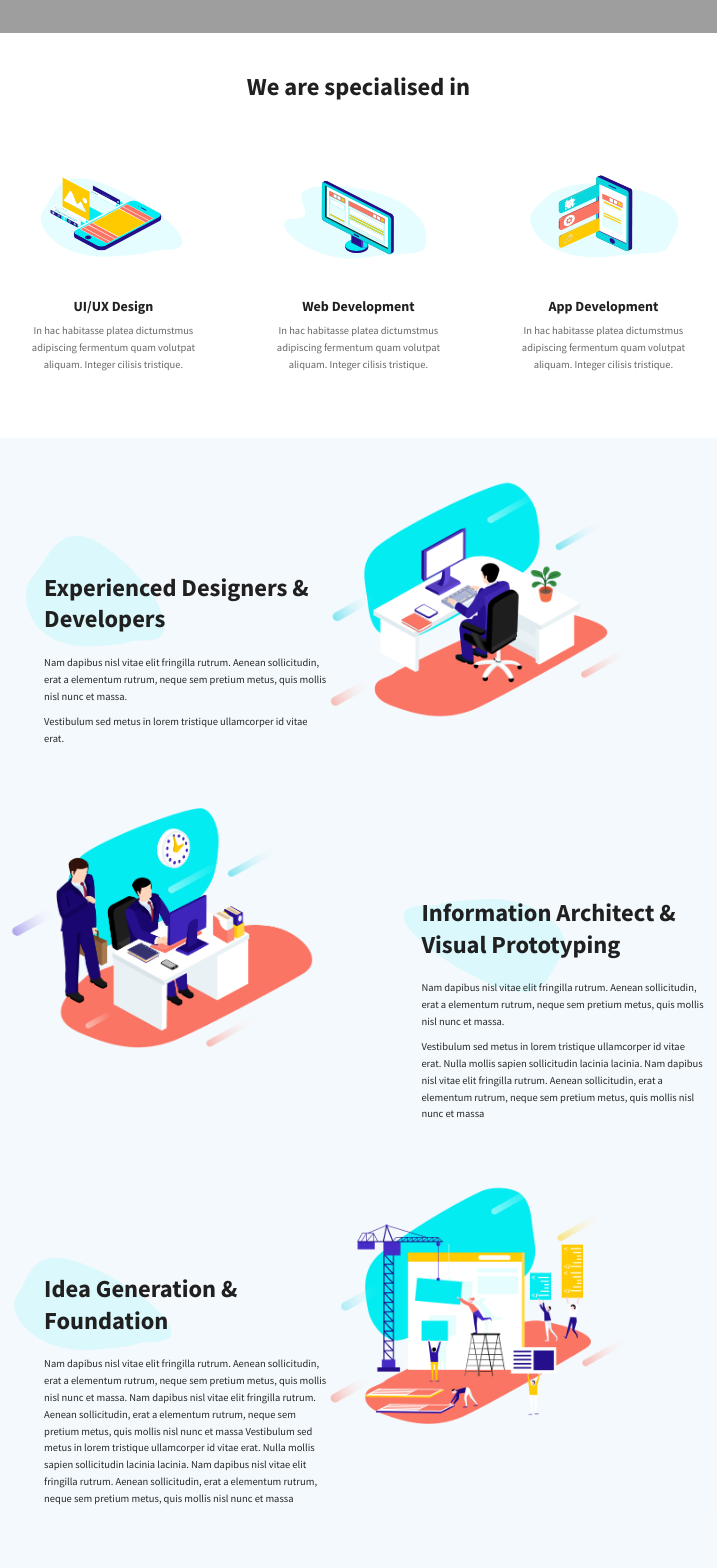
Repository: advert31337/marafon_from0to1_MartaUP
Page: index.html
The author's editor kept a copy of each file at every save. The page is drawn from the files as they stood at one save, then again after the next save.
The browser window is 1024 px wide. The pictures show the part of the page from y = 746 to 2986 px (the page is 2986 px tall), at 70% of full size.
Pictures or frames that could not be fetched are drawn as grey boxes.

Above is the page before, as saved 2020-03-08 17:34:33.

### index.html
<!DOCTYPE html>
<html lang="en">

<head>
    <meta charset="UTF-8">
    <meta name="viewport" content="width=device-width, initial-scale=1.0">
    <title>Marafon MartaUP</title>
    <link href="https://fonts.googleapis.com/css?family=Source+Sans+Pro:400,600,700&display=swap" rel="stylesheet">
    <link rel="stylesheet" href="css/reset.css">
    <link rel="stylesheet" href="css/slick.css">
    <link rel="stylesheet" href="css/style.css">
</head>

<body>
    <header class="header">

        <div class="container">
            <div class="header__top">

                <div class="logo">
                    <a href="#!">+
                        <img src="images/logo.svg" alt="">
                    </a>
                </div>

                <nav class="menu">
                    <div class="menu__btn">
                        <span>

                        </span>
                    </div>
                    <ul class="menu__list">
                        <li><a class="menu__list-item" href="#">home</a></li>
                        <li><a class="menu__list-item" href="#">work</a></li>
                        <li><a class="menu__list-item" href="#">about</a></li>
                        <li><a class="menu__list-item" href="#">contact</a></li>
                    </ul>
                </nav>

                <div class="header-btn">
                    <a class="login" href="#">login</a>
                    <a class="sign-up" href="#">sign up</a>
                </div>

            </div>

            <div class="header-slider">
                <div class="header-slider__item">
                    <div class="header-slider__item-content">

                        <div class="header-slider__item-info">
                            <h3 class="header-slider__title">
                                We Build Apps & Websites
                                for Your Business
                            </h3>
                            <div class="header-slider__description">
                                For startups, For businesses & For you
                            </div>
                            <a href="" class="header-slider__btn">Request a quote</a>
                        </div>

                        <div class="header-slider__item-images">
                            <img src="images/slider-img.png" alt="">
                        </div>
                    </div>
                </div>


                <div class="header-slider__item">
                    <div class="header-slider__item-content">

                        <div class="header-slider__item-info">
                            <h3 class="header-slider__title">
                                We Build Apps & Websites
                                for Your Business
                            </h3>
                            <div class="header-slider__description">
                                For startups, For businesses & For you
                            </div>
                            <a href="" class="header-slider__btn">Request a quote</a>
                        </div>

                        <div class="header-slider__item-images">
                            <img src="images/slider-img.png" alt="">
                        </div>
                    </div>
                </div>


                <div class="header-slider__item">
                    <div class="header-slider__item-content">

                        <div class="header-slider__item-info">
                            <h3 class="header-slider__title">
                                We Build Apps & Websites
                                for Your Business
                            </h3>
                            <div class="header-slider__description">
                                For startups, For businesses & For you
                            </div>
                            <a href="" class="header-slider__btn">Request a quote</a>
                        </div>

                        <div class="header-slider__item-images">
                            <img src="images/slider-img.png" alt="">
                        </div>
                    </div>
                </div>


                <div class="header-slider__item">
                    <div class="header-slider__item-content">

                        <div class="header-slider__item-info">
                            <h3 class="header-slider__title">
                                We Build Apps & Websites
                                for Your Business
                            </h3>
                            <div class="header-slider__description">
                                For startups, For businesses & For you
                            </div>
                            <a href="" class="header-slider__btn">Request a quote</a>
                        </div>

                        <div class="header-slider__item-images">
                            <img src="images/slider-img.png" alt="">
                        </div>
                    </div>
                </div>


                <div class="header-slider__item">
                    <div class="header-slider__item-content">

                        <div class="header-slider__item-info">
                            <h3 class="header-slider__title">
                                We Build Apps & Websites
                                for Your Business
                            </h3>
                            <div class="header-slider__description">
                                For startups, For businesses & For you
                            </div>
                            <a href="" class="header-slider__btn">Request a quote</a>
                        </div>

                        <div class="header-slider__item-images">
                            <img src="images/slider-img.png" alt="">
                        </div>
                    </div>
                </div>
            </div>

        </div>

    </header>

    <section class="specialised">
        <div class="container">
            <div class="specialised__title title">
                We are specialised in
            </div>
            <div class="specialised__items">
                <div class="specialised__item">
                    <div class="specialised__item-img">
                        <img src="images/specialise-1.svg" alt="">
                    </div>

                    <div class="specialise__item-title">
                        UI/UX Design
                    </div>
                    <div class="specialise__item-text">
                        In hac habitasse platea dictumstmus adipiscing fermentum quam volutpat aliquam. Integer cilisis tristique.
                    </div>
                </div>
                <div class="specialised__item">
                    <div class="specialised__item-img">
                        <img src="images/specialise-2.svg" alt="">
                    </div>
                    <div class="specialise__item-title">
                        Web Development
                    </div>
                    <div class="specialise__item-text">
                        In hac habitasse platea dictumstmus adipiscing fermentum quam volutpat aliquam. Integer cilisis tristique.
                    </div>
                </div>
                <div class="specialised__item">
                    <div class="specialised__item-img">
                        <img src="images/specialise-3.svg" alt="">
                    </div>
                    <div class="specialise__item-title">
                        App Development
                    </div>
                    <div class="specialise__item-text">
                        In hac habitasse platea dictumstmus adipiscing fermentum quam volutpat aliquam. Integer cilisis tristique.
                    </div>
                </div>
            </div>
        </div>
    </section>

    <section class="advantages">
        <div class="container">

            <div class="advantages-box">
                <div class="advantages-box__info">
                    <div class="advantages-box__title">
                        Experienced Designers & Developers
                    </div>
                    <div class="advantages-box__text">
                        <p>
                            Nam dapibus nisl vitae elit fringilla rutrum. Aenean sollicitudin, erat a elementum rutrum, neque sem pretium metus, quis mollis nisl nunc et massa.
                        </p>
                        <p>
                            Vestibulum sed metus in lorem tristique ullamcorper id vitae erat.
                        </p>
                    </div>
                </div>

                <div class="advantages-box__img">
                    <img src="images/advantages-1.png" alt="">
                </div>
            </div>

            <div class="advantages-box advantages-box--right">
                <div class="advantages-box__info">
                    <div class="advantages-box__title">
                        Information Architect &
                        Visual Prototyping
                    </div>
                    <div class="advantages-box__text">
                        <p>
                            Nam dapibus nisl vitae elit fringilla rutrum. Aenean sollicitudin, erat a elementum rutrum, neque sem pretium metus, quis mollis nisl nunc et massa.
                        </p>
                        <p>
                            Vestibulum sed metus in lorem tristique ullamcorper id vitae erat. Nulla mollis sapien sollicitudin lacinia lacinia. Nam dapibus nisl vitae elit fringilla rutrum. Aenean sollicitudin, erat a elementum rutrum, neque sem pretium metus, quis mollis nisl nunc et massa
                        </p>
                    </div>
                </div>
                <div class="advantages-box__img">
                    <img src="images/advantages-2.png" alt="">
                </div>
            </div>

            <div class="advantages-box">
                <div class="advantages-box__info advantages-box__info--bg">
                    <div class="advantages-box__title">
                        Idea Generation & Foundation
                    </div>
                    <div class="advantages-box__text">
                        <p>
                            Nam dapibus nisl vitae elit fringilla rutrum. Aenean sollicitudin, erat a elementum rutrum, neque sem pretium metus, quis mollis nisl nunc et massa. Nam dapibus nisl vitae elit fringilla rutrum. Aenean sollicitudin, erat a elementum rutrum, neque sem pretium metus, quis mollis nisl nunc et massa    Vestibulum sed metus in lorem tristique ullamcorper id vitae erat. Nulla mollis sapien sollicitudin lacinia lacinia. Nam dapibus nisl vitae elit fringilla rutrum. Aenean sollicitudin, erat a elementum rutrum, neque sem pretium metus, quis mollis nisl nunc et massa
                        </p>
                    </div>
                </div>

                <div class="advantages-box__img">
                    <img src="images/advantages-3.png" alt="">
                </div>
            </div>
        </div>
    </section>

    <!-- <section class="reviews">
        <div class="container">
            <div class="reviews__title title">
                Don’t Just Take Our Words
            </div>
            <div class="reviews__items">

                <div class="reviews__item">
                    <div class="reviews__item-head">
                        <img src="images/rev-1.jpg" alt="">
                        <div class="reviews__item-info">
                            <div class="reviews__item-name">
                                Arakat Bank
                            </div>
                            <div class="reviews__item-position">
                                International Bank Ltd.
                            </div>
                        </div>
                    </div>
                    <div class="reviews__item-text">
                        Fusce vehicula dolor arcu, sit amet blandit dolor mollis nec. Donec viverra eleifend lacus, vitae ullamcorper metus. Sed sollicitudin ipsum.
                    </div>
                </div>

                <div class="reviews__item">
                    <div class="reviews__item-head">
                        <img src="images/rev-2.jpg" alt="">
                        <div class="reviews__item-info">
                            <div class="reviews__item-name">
                                Chrsitopher Company Ltd.
                            </div>
                            <div class="reviews__item-position">
                                Design & Development
                            </div>
                        </div>
                    </div>
                    <div class="reviews__item-text">
                        Fusce vehicula dolor arcu, sit amet blandit dolor mollis nec. Donec viverra eleifend lacus, vitae ullamcorper metus. Sed sollicitudin ipsum.
                    </div>
                </div>

                <div class="reviews__item">
                    <div class="reviews__item-head">
                        <img src="images/rev-3.jpg" alt="">
                        <div class="reviews__item-info">
                            <div class="reviews__item-name">
                                Jigsawlab Studio Inc.
                            </div>
                            <div class="reviews__item-position">
                                Interactive Prototyping
                            </div>
                        </div>
                    </div>
                    <div class="reviews__item-text">
                        Fusce vehicula dolor arcu, sit amet blandit dolor mollis nec. Donec viverra eleifend lacus, vitae ullamcorper metus. Sed sollicitudin ipsum.
                    </div>
                </div>

            </div>
        </div>
    </section> -->

    <!-- <footer class="footer">
        <div class="container">
            <div class="footer__inner">
                <div class="footer__link">
                    <a href="#">About Martaup</a>
                    <a href="#">Help</a>
                    <a href="#">Privacy Policy</a>
                </div>
                <div class="footer__copy">
                    © 2013-2018 All rights reserved.
                </div>
            </div>
        </div>
    </footer> -->


    <script src="https://ajax.googleapis.com/ajax/libs/jquery/3.4.1/jquery.min.js"></script>
    <script src="js/slick.min.js"></script>
    <script src="js/main.js"></script>
</body>

</html>

### css/style.css
*{
    box-sizing: border-box;
}

body {
    font-family: 'Source Sans Pro', sans-serif;
    font-size: 15px;
    line-height: 24px;
}

a {
    text-decoration: none;
    color: inherit;
}
.header {
    background-image: url('../images/header-bg.jpg');
    min-height: 793px;
    background-repeat: no-repeat;
    background-size: cover;
    background-position: top center;
}

.container {
    max-width: 1200px;
    margin: 0 auto;
    padding: 0 15px 0 15px;

}

.header__top {
    display: flex;
    justify-content: space-between;
    height: 100px;
    align-items: center;
}

.menu__list {
    display: flex;
}

.menu__list li + li {
    padding-left: 50px;

}

.login {
    margin-right: 44px;
    color: #fff;
    text-transform: uppercase;
    font-weight: 600;
}

.menu__list a{
    opacity: 0.5;
    color: #fff;
    font-weight: 600;
    text-transform: uppercase;
    transition: all 0.5s;
}

.menu__list a:hover {
    opacity: 1;
}

.sign-up {
    text-transform: uppercase;
    color: #250f8a;
    font-weight: 600;
    background-color: #fff;
    padding: 8px 43px;
    border-radius: 20px;

}

.header-slider {
    padding-top: 111px;
}
.header-slider__item {

}
.header-slider__item-content {
    display: flex;
    justify-content: space-between;
}
.header-slider__item-info {
    max-width: 506px;
    color:#fff;
}
.header-slider__title {
    font-weight: 700;
    font-size: 45px;
    line-height: 60px;
    margin-bottom: 10px;
}
.header-slider__description {
    line-height: 55px;
    font-size: 24px;
    margin-bottom: 60px;
}
.header-slider__btn {
    font-weight: 600;
    text-transform: uppercase;
    color: #250F8A;
    padding: 13px 39px;
    background-color: #FFCA00;
    border-radius: 25px;
}
.header-slider__item-images {
    margin: 10px 82px 0 0;
}

.header-dots{
    list-style: none;
    position: absolute;
    right: 0;
    top: 50%;
    transform: translateY(-50%)
}

.header-dots button {
    border: none;
    background-color: #fff;
    opacity: 0.5;
    font-size: 0;
    padding: 0;
    width: 7px;
    height: 7px;
    border-radius: 3.5px;
    cursor: pointer;
    outline: none;
    margin: 10px auto;
    display: block;
}

.header-dots .slick-active button{
    width: 15px;
    opacity: 1;
}

.specialised{
    padding: 55px 0 93px;
    background-image: url(../images/special-bg.svg);
    background-position: left bottom;
    background-repeat: no-repeat;
    color: #202020;
    text-align: center;
}

.specialised__title {
    margin-bottom: 96px;
}
.title {
    font-size: 35px;
    line-height: 45px;
    font-weight: 700;
    text-align: center;
}

.specialised__items {
    display: flex;
    justify-content: space-between;
    max-width: 980px;
    margin: 0 auto;

}
.specialised__item {
    width: 280px;
}
.specialised__item-img {
    margin-bottom: 23px;
    min-height: 159px;
}
.specialise__item-title {
    margin-bottom: 11px;
    font-size: 20px;
    font-weight: 700;
}
.specialise__item-text {
   padding: 0 10px;
   color: #272727;
   opacity: 0.7;
}


.advantages {
    padding-top: 64px;
    background: #f4f9fd;
    background-image: url(../images/advantages-bg.svg);
    background-repeat: no-repeat;
    background-position: center right;
}

.advantages-box {
    display: flex;
    justify-content: space-between;
    padding-bottom: 76px;
}

 .advantages-box--right .advantages-box__info{
    order: 1;
    background-image: url(../images/title-bg-2.svg);
    background-position: 22px 130px;
}
.advantages-box__info {
    max-width: 455px;
    padding-top: 60px;
    background-image: url(../images/title-bg-1.svg);
    background-repeat: no-repeat;
    background-position: 22px 76px;
}

.advantages-box__info--bg{
    background-image: url(../images/title-bg-3.svg);
    background-position: 5px 105px;
}


.advantages-box__title {
    color: #202020;
    font-size: 35px;
    line-height: 45px;
    font-weight: 700;
    padding: 68px 0 15px 48px;

}
.advantages-box__text {
    padding-left: 48px;
    color: #272727;
}

.advantages-box__text p{
    margin: 12px 0;
}


.reviews {
    background-image: url(../images/reviews-bg.jpg);
    background-repeat: no-repeat;
    background-position: top center;
    background-size: cover;
    padding: 38px 53px;
}

.reviews__title {
    color: #fff;
    margin: 0 auto 48px;
    max-width: 384px;
}
.reviews__items {
    max-width: 940px;
    margin: 0 auto;
    display: flex;
    justify-content: space-between;
}
.reviews__item {
    width: 300px;
    border-radius: 5px;
    background-color: rgba(255, 255, 255, .2);
    padding: 35px 20px;
    color: #fff;
}
.reviews__item-head {
    margin-bottom: 13px;
    display: flex;
}

.reviews__item-head img{
    border-radius: 50%;
    margin-right: 20px;
}

.reviews__item-name {
    font-weight: 600;
}
.reviews__item-position {
    opacity: .5;
}
.reviews__item-text {
    text-align: center;
    padding-top: 39px;
    position: relative;
}

.reviews__item-text::before{
    content: "“";
    font-size: 40px;
    line-height: 55px;
    font-weight: 700;
    position: absolute;
    top: 0;
    left: 0;
    right: 0;
}

.footer{

}

.footer__inner {
    display: flex;
    justify-content: space-between;
    align-items: center;
    height: 61px;
    color: #272727;
    padding: 0 40px;
}
.footer__link a + a {
    margin-left: 20px;
}




@media (max-width: 1620px){
    .advantages{
        background-image: none;
    }
}


@media (max-width: 1201px){
    .specialised{
        background-size: 60px;
    }
}

@media (max-width: 1190px){
    .header-slider__item-images{
        margin: 50px 20px 0 0;
    }
    .header-slider__item-images img{
        width: 80%;
    }
    .header-slider__item-info{
        padding: 50px 0;
    }

    .header-slider{
        padding-top: 25px;
    }

    .advantages-box__img img{
        width: 80%
    }

    .advantages-box{
        justify-content: space-around;
    }
}

@media (max-width: 1080px){
    .specialised{
        background-image: none;
    }
}


@media (max-width: 924px){
    .header__top{
        flex-wrap: wrap;
    }

    .header-btn{
        width: 100%;
        text-align: right;
    }

    .login{
        margin-right: 30px;
    }

}

@media (max-width: 900px){
    .header-slider__item-images{
        display: none;
    }
}

@media (max-width: 775px) {
    .specialised{
        padding: 20px 0 40px;
    }

    .specialised__title{
        margin-bottom: 40px;
    }

    .specialised__items{
        flex-wrap: wrap;
    }

    .specialised__item{
        width: 50%;
        margin-bottom: 20px;
    }
}

@media (max-width: 570px) {
    .menu__list{
        display: none;
        position: absolute;
        top: 120px;
        left: 0;
        text-align: center;
        width: 100%;
        background-color: #1a50a8;
        z-index: 5;
    }

    .menu__list li + li{
        padding-left: 0;
    }

    .menu__list a{
        display: block;
        padding: 10px;
    }

    .menu__btn{
        width: 30px;
        height: 20px;
        position: relative;

    }

    .menu__btn span{
        width: 100%;
        height: 2px;
        background-color: #fff;
        top:9px;
        position: absolute;
    }

    .menu__btn::after,
    .menu__btn::before{
        content: "";
        height: 2px;
        width: 100%;
        background-color: #fff;
        position: absolute;
    }

    .menu__btn::after{
        top: 0;
    }

    .menu__btn::before{
        bottom: 0;
    }

    .header-slider__item-info{
        padding: 10px 30px 10px 0;
    }

    .header{
        min-height: 580px;
    }

    .header-slider__description{
        margin-bottom: 20px;
        font-size: 20px;
        line-height: 35px;
    }

    .header-slider__title{

        font-size: 35px;
        line-height: 45px;

    }


    .specialised__items{
        display: block;
    }

    .specialised__item{
        width: 100%;

    }

    .title{
        font-size: 30px;
        line-height: 40px;
    }



}

@media (min-width: 570px){
    .menu__list{
        display: flex !important;
    }

}

### js/main.js
$(function(){
    $('.header-slider').slick({
        arrows: false,
        vertical: true,
        dots: true,
        dotsClass: 'header-dots',
        autoplay: 2000,

    })

    $('.menu__btn').on('click', function(){
        $('.menu__list').slideToggle()
    })
})

Loaded but not shown: css/reset.css (common file); css/slick.css (common file); js/slick.min.js (library)

After the next save:
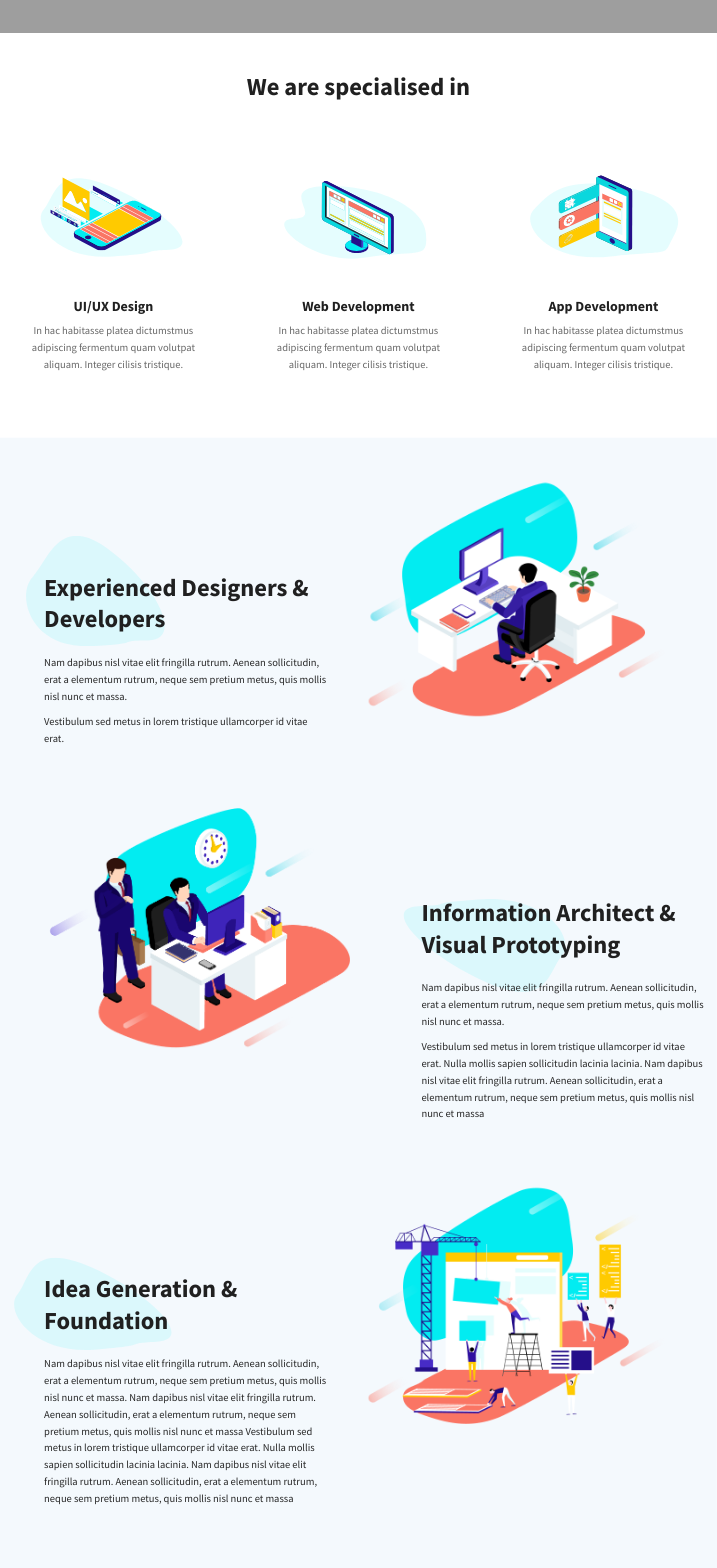
Saved 84 s later.
--- a/css/style.css
+++ b/css/style.css
@@ -343,6 +343,10 @@ a {
         width: 80%
     }
 
+    .advantages-box__img{
+        text-align: center;
+    }
+
     .advantages-box{
         justify-content: space-around;
     }
